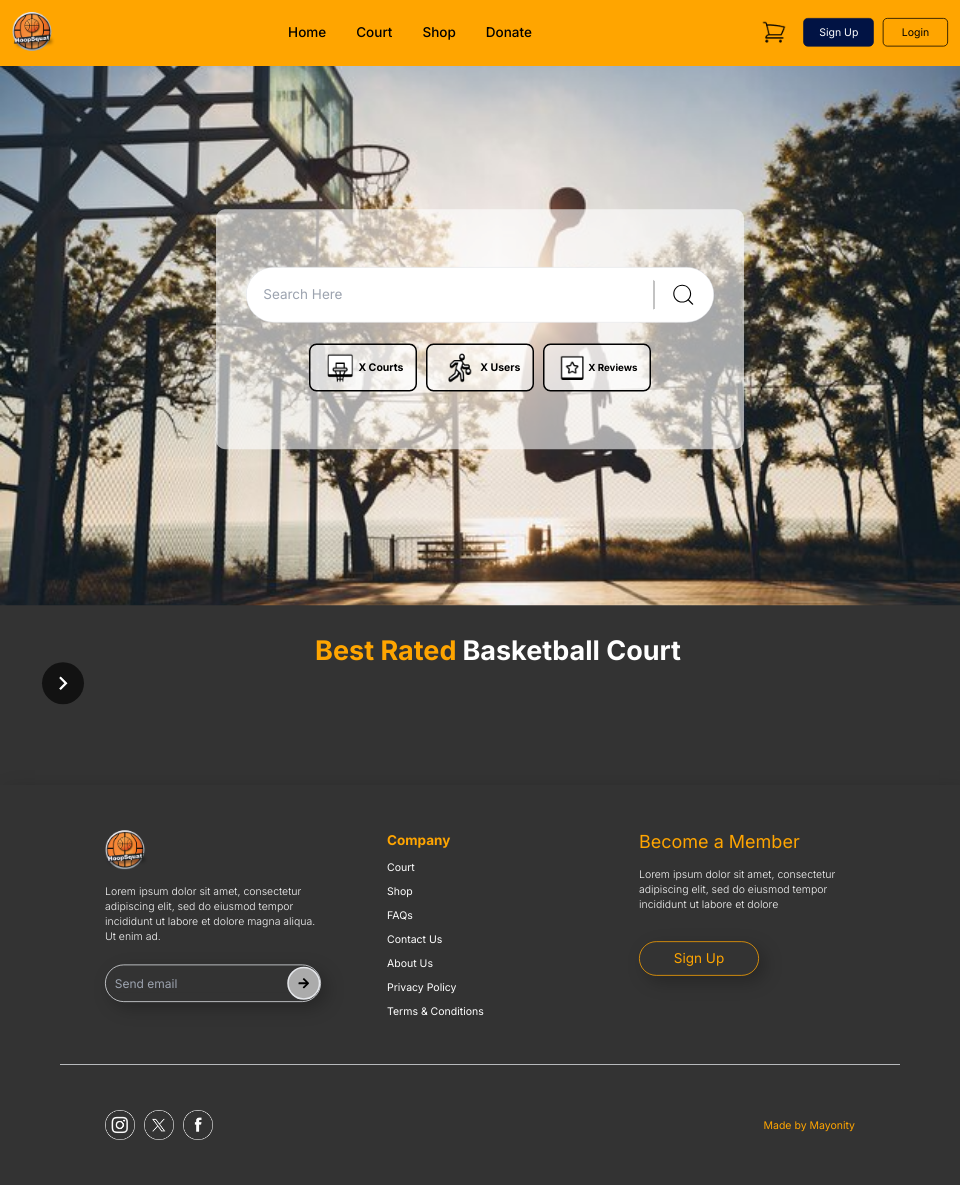
Repository: Abdul-Hannan232/basket-ball-website
Page: /
The author's editor kept a copy of each file at every save. The page is drawn from the files as they stood at one save, then again after the next save.
The browser window is 1280 px wide. The pictures show the whole page, at 75% of full size.
The page's requests for data from a server got no answer. The project was rebuilt for these pictures with package versions that can differ from the ones it lists, and the page was loaded fresh each time. The framework's server and built-in components were replaced by stand-ins that run in the browser. No one was signed in, and anything a server would have sent is missing. Also part of the build but not shown: next.config.mjs, app/utils/rating.js.

Above is the page before, as saved 2024-09-15 21:30:20.

### app/layout.tsx
import type { Metadata } from "next";
import { Inter } from "next/font/google";
import "./globals.css";
import Authprovider from "./component/Authprovider/Authprovider";

const inter = Inter({ subsets: ["latin"] });

export const metadata: Metadata = {
  title: "Basket Ball",
  description: "Generated by create next app",
};

export default function RootLayout({
  children,
}: Readonly<{
  children: React.ReactNode;
}>) {
  return (
    <html lang="en">
      <head>
        <link rel="icon" href="/favicon.png" />
        <title>Basket Ball</title>
      </head>
      <body className={inter.className}>
        <Authprovider>
          {children}
        </Authprovider>
      </body>
    </html>
  );
}

### app/page.tsx
import HomePage from "./component/HomeComponent"
export default function Home() {
  return (
    <>
      <HomePage />
    </>
  );
}

### app/globals.css
@import url('https://fonts.googleapis.com/css2?family=Poppins:wght@100;200;400&display=swap');
@import url('https://fonts.googleapis.com/css2?family=Poppins:ital,wght@0,100;0,200;0,300;0,400;0,500;0,600;0,700;0,800;0,900;1,100;1,200;1,300;1,400;1,500;1,600;1,700;1,800;1,900&display=swap');
@tailwind base;
@tailwind components;
@tailwind utilities;
/* Styling for the pagination container */
.custom-paginator .p-paginator {
  @apply  rounded-lg p-4 mt-2 flex flex-row gap-10 fixed  right-0;
}
.poppins-bold {
  font-family: "Poppins", sans-serif;
  font-weight: 700;
  font-style: normal;
}
.hover-design{
  background: linear-gradient(90deg, #FFA500 0%, rgba(255, 165, 0, 0.09) 85.85%);

}
/* Styling for individual page numbers */
.custom-paginator .p-paginator .p-paginator-page {
  @apply bg-white text-black rounded-md w-10 h-10 inline items-center text-center justify-center mx-1;
}

/* Highlighted page number styling */
.custom-paginator .p-paginator .p-paginator-page.p-highlight {
  @apply bg-[#FFA500] text-white inline text-center flex-row;
}

/* Styling for previous and next buttons */
.custom-paginator .p-paginator .p-paginator-prev,
.custom-paginator .p-paginator .p-paginator-next {
  @apply bg-[#CACACA] p-1 text-black flex flex-row rounded-md;
}

body {
  background-color: rgba(51, 51, 51, 1);
  color: white;
  font-family: 'Poppins', sans-serif;
}

.shadow {
  box-shadow: 8px 8px 24px 0px #00000040;

}
.banner {
  background-image: url('/banner.png');
  background-position: center;
  background-size: cover;
  width: 100%;
  background-repeat: no-repeat;
}
.backColor{
  background: linear-gradient(90.35deg, #FFA500 0.24%, #FF7D05 99.7%);

}
.mobilebanner {
  background-image: url('/mobildbanner.png');
  background-position: center;
  background-size: cover;
  background-repeat: no-repeat;
}
@media only screen and (max-width:320px) {
  .slick-slide {
    margin-left:5px; /* Adjust the value as needed */
  }
}
.slick-slide {
  margin-left:5px; /* Adjust the value as needed */
}
.bounceball {
  position: relative;
  display: inline-block;
  height: 20px;
  width: 15px;
  /* Adjust the width as needed */
}

.bounceball:before {
  position: absolute;
  content: '';
  display: block;
  top: 0;
  width: 25px;
  /* Adjust the width as needed */
  height: 20px;
  border-radius: 50%;
  background-color: #FFA500;
  transform-origin: 50%;
  animation: bounce 500ms alternate infinite ease;
}

@layer
{
  .wrap {
    @apply absolute top-1/2 left-1/2 transform -translate-x-1/2 -translate-y-1/2;
  }
}
@keyframes bounce {
  0% {
    top: 70px;
    height: 5px;
    border-radius: 60px 60px 20px 20px;
    transform: scaleX(2);
  }

  35% {
    height: 15px;
    border-radius: 50%;
    transform: scaleX(1);
  }

  100% {
    top: 0;
  }
}


.animate-bounce {
  animation: bounce 500ms alternate infinite ease;
}

/* Api loading */
.loader {
  width: 48px;
  height: 48px;
  display: inline-block;
  position: relative;
}
.loader::after,
.loader::before {
  content: '';
  box-sizing: border-box;
  width: 48px;
  height: 48px;
  border-radius: 50%;
  border: 2px solid #FFA500;
  position: absolute;
  left: 0;
  top: 0;
  animation: animloader 2s linear infinite;
}
.loader::after {
  animation-delay: 1s;
}

@keyframes animloader {
  0% {
    transform: scale(0);
    opacity: 1;
  }
  100% {
    transform: scale(1);
    opacity: 0;
  }
}

### app/component/Authprovider/Authprovider.js
"use client"
import React from "react";
import { SessionProvider } from "next-auth/react";
const Authprovider = ({children}) => {
    return (
        <SessionProvider>
             {children}
        </SessionProvider>
    )
}
export default Authprovider

### app/component/HomeComponent.js
import React from 'react'
import Navbar from './NavBarComponent'
import Image from 'next/image'
import { CiSearch } from "react-icons/ci"
import Footer from "./FooterComponent"
import BasketBall from "./CourtsSlider"
const HomeComponent = () => {
  return (
    <div>
      <Navbar/>
      <div className=' md:banner mobilebanner   md:h-[100vh] h-[250px]'  >
        <div className='relative  flex flex-col md:justify-center md:mt-0 pt-14 items-center md:h-[90vh] '>
          <div className='bg-white absolute lg:w-[55%] w-[90%] mx-auto md:h-80 h-36 flex flex-col justify-center it-center  bg-opacity-60 rounded-xl  right-0 left-0'>
            <div className='relative lg:mx-10 mx-5 border bg-white text-black flex items-center   rounded-full'>
              <input type='text' placeholder='Search Here' className='text-black md:text-lg text-xs border-transparent outline-none hover:border-[#FFA500] border-2 md:p-5 p-3 w-full rounded-full ' />
              <CiSearch className="absolute text-black md:w-20 w-8 px-1 my-2 md:h-10 h-6 right-0 text-4xl border-2 border-[#AFAFAF] border-t-transparent border-r-transparent border-b-transparent  md:top- " />
            </div>
            <div className='flex justify-center gap-3 mt-7 '>
              <div className='bg-white text-center text-black bg-opacity-60 border-[#000000] border-2 flex justify-center items-center md:rounded-[10px] rounded-[7px] md:p-4 p-2 md:w-36 w-22  md:h-16 h-10'>

                <Image src="/Basketball Net.png" alt="basket" width={100} height={50} className='md:w-10 mx-auto mt-1 md:h-12 w-6 h-8 ' />
                <p className='md:text-sm text-[8px]  font-bold'>X Courts</p>
              </div>
              <div className='bg-white text-center text-black bg-opacity-60 border-[#000000] border-2 flex justify-center items-center md:rounded-[10px] rounded-[7px] md:p-4 p-2 md:w-36 w-22  md:h-16 h-10'>

                <Image src="/Basketball Player.png" alt="basket" width={100} height={50} className='md:w-10 mx-auto  md:h-10 w-6 h-6 ' />
                <p className='md:text-sm text-[8px]  font-bold'>X Users</p>
              </div>
              <div className='bg-white text-center text-black bg-opacity-60 border-[#000000] border-2 flex justify-center items-center md:rounded-[10px] rounded-[7px] md:p-4 p-2 md:w-36 w-22  md:h-16 h-10'>

                <Image src="/Rating.png" alt="basket" width={100} height={50} className='md:w-10 mx-auto  md:h-10 w-6 h-6 ' />
                <p className='md:text-[13px] text-[8px]  font-bold'>X Reviews</p>
              </div>

            </div>
          </div>
        </div>
      </div>
      <BasketBall slide={"carousel"} />
      <Footer/>
    </div>
  )
}

export default HomeComponent

### app/component/CourtsSlider.js
"use client"
import React, { useRef, useState, useEffect } from 'react';
import Slider from 'react-slick';
import { RiArrowLeftSLine } from 'react-icons/ri';
import { MdOutlineKeyboardArrowRight } from "react-icons/md"
import 'slick-carousel/slick/slick.css';
import 'slick-carousel/slick/slick-theme.css';
import Image from 'next/image';
import Link from 'next/link';
import renderStars from "../utils/rating"
import { allCourts as fetchAllCourts } from "../services/courtsServices"; // Rename the imported function
const settings = {
    infinite: true,
    speed: 500,
    slidesToShow: 3.5,
    slidesToScroll: 1,
    responsive: [
        {
            breakpoint: 1267, // Adjust the breakpoint as needed
            settings: {
                slidesToShow: 2.5,
                slidesToScroll: 2,
            },
        },
        {
            breakpoint: 959, // Adjust the breakpoint as needed
            settings: {
                slidesToShow: 2,
                slidesToScroll: 2,
            },
        },

        {
            breakpoint: 320, // Adjust the breakpoint as needed
            settings: {
                slidesToShow: 1.1,
                slidesToScroll: 1,
            },
        },
    ],
    prevArrow: <></>, // Hides the previous arrow
    nextArrow: <></>,
};
const CourtsSlider = ({ slide }) => {
    const sliderRef = useRef(null);
    const [spinner, setSpinner] = useState(false)

    const goToPrev = () => {
        sliderRef.current.slickPrev();
    };

    const goToNext = () => {
        sliderRef.current.slickNext();
    };

    const [allCourts, setAllCourts] = useState([]); // Initialize with an empty array

    useEffect(() => {
        setSpinner(true)
        const getCourts = async () => {
            try {
                const response = await fetchAllCourts(); // Use the renamed function
                setAllCourts(response.data.courts); // Store the fetched data in state
            } catch (error) {
                console.error("Failed to fetch courts data:", error);
                // You can also add error handling for the UI here
            } finally {
                setSpinner(false)
            }
        };

        getCourts();
    }, []);
    return (
        <div >
            {slide === 'carousel' ? (
                <div className="  2xl:ml-32 md:ml-14 md:pt-10 pt-10 w-[95%] mx-auto z-10 2xl:mb-40 md:mb-20" id="Testimonials" style={{ position: 'relative' }}>
                    <div className='2xl:text-6xl md:text-4xl text-xl font-bold md:mb-20 mb-10 flex justify-center items-center gap-2 '>
                        <h1 className='text-[#FFA500]'>Best Rated </h1>
                        <h1>Basketball Court</h1>
                    </div>
                    <div className="flex justify-center">
                        {spinner ? <span className="loader"></span> : null}
                    </div>



                    <Slider ref={sliderRef} {...settings}>

                        {allCourts.map((item, index) => (
                            <div key={index} className=' w-[80%] bg-black'>
                                <div className='relative shadow cursor-pointer text-black rounded-md 2xl:w-[450px] md:w-[300px] w-[250px] group'>
                                    <div className='absolute inset-0 bg-black opacity-0 z-20 group-hover:opacity-70 transition-opacity'></div>

                                    <div className='bg-[#D9D9D9] relative rounded-md overflow-hidden'>
                                        {/* Image and content */}

                                        <Image src={item.images?.[0]
                                            ? `${process.env.NEXT_PUBLIC_IMAGE_URL}/${item.images[0]}`
                                            : '/basketBALL.png'} alt="image" width={343} height={228} className='rounded-t-xl h-60 2xl:w-[400px]' />

                                        <div className='flex items-center justify-center float-right -mt-5 shadow z-10 absolute right-0 p-3 w-32 gap-2 rounded-l-xl bg-white text-black'>

                                            <Image src={item.type === "indoor" ? "/Roofing.png" : "/Basketball Court.png"}
                                                alt="shelter" width={24} height={24} />
                                            <p>{item.type}</p>
                                        </div>
                                        <div className='m-5'>
                                            {/* <Image src="/star.png" alt="image" width={112} height={20} /> */}
                                            <div className='flex items-center'>
                                                {renderStars(item.ratings)}
                                            </div>
                                            <p className='text-[10px] mt-1 font-bold'>{item.rating.length} reviews</p>
                                            <h1 className='text-xl font-bold mb-5'>{item.name}</h1>
                                            <p className='w-32 text-xs font-medium mt-1'>{item.location}</p>
                                            <button className='bg-[#FFA500] p-2 mb-5 mt-10 text-black font-bold text-sm w-full shadow'>
                                                View Court
                                            </button>
                                        </div>

                                        {/* Overlay with Maintenance Button */}
                                        <div className='flex flex-col items-center h-96 justify-center z-40 absolute inset-0 opacity-0 group-hover:opacity-100 transition-opacity'>
                                            <button className='bg-[#232323] py-2 px-4 rounded-full text-white'>
                                                Maintenance
                                            </button>
                                        </div>
                                    </div>
                                </div>

                            </div>
                        ))}

                    </Slider>
                    <div style={{ position: 'absolute', transform: 'translateY(-50%)', zIndex: '1' }} className='2xl:top-[45%] lg:top-[65%] top-[35%] md:w-[100%] flex justify-between w-[100%] mx-auto'>

                        <div className='slick- slick-arrow'>
                            <div className="bg-[#000000A6] text-white text-7xl md:p-[10px] flex items-center justify-center cursor-pointer md:w-14 md:h-14 w-10 h-10 text-center font-bold  rounded-full" onClick={goToNext}>
                                <MdOutlineKeyboardArrowRight />
                            </div>
                        </div>

                    </div>
                </div>
            ) : (
                <>
                    <div className="flex justify-center mt-[30px]">
                        {spinner ? <span className="loader"></span> : null}
                    </div>
                    <div className='grid xl:grid-cols-4 lg:grid-cols-3 md:grid-cols-2 grid-cols-1 gap-20 w-[80%] md:mt-20 mt-5 md:mx-auto mx-5'>

                        {allCourts.map((item, index) => (
                            <div key={index} className='relative  shadow text-black rounded-md 2xl:w-[300px] xl:w-[250px] md:w-[250px] w-[280px] group'>
                                <div className='bg-[#D9D9D9] relative rounded-md overflow-hidden'>
                                    {/* Overlay */}
                                    <div className='absolute inset-0 bg-black opacity-0  group-hover:opacity-70 transition-opacity'></div>

                                    {/* Maintenance Button (Initially Hidden) */}
                                    <div className='flex flex-col items-center h-80 justify-center z-20 absolute inset-0 opacity-0 group-hover:opacity-100 transition-opacity'>
                                        <button className='bg-[#232323] py-2 px-4 rounded-full text-white'>
                                            Maintenance
                                        </button>
                                    </div>

                                    <Image src={item.images?.[0]
                                        ? `${process.env.NEXT_PUBLIC_IMAGE_URL}/${item.images[0]}`
                                        : '/basketBALL.png'} alt="image" width={343} height={228} className='rounded-t-xl 2xl:w-[450px]' />

                                    <div className='flex items-center justify-center float-right -mt-5 shadow  absolute right-0 p-3 w-32 gap-2 rounded-l-xl bg-white text-black'>

                                        <Image src={item.type === "indoor" ? "/Roofing.png" : "/Basketball Court.png"}
                                            alt="shelter" width={24} height={24} />
                                        <p>{item.type}</p>
                                    </div>

                                    <div className='m-5 relative'>
                                        {/* <Image src="/star.png" alt="image" width={60} height={20} />
                         */}
                                        <div className='flex items-center'>
                                            {renderStars(item.ratings)}
                                        </div>
                                        <p className='text-[10px] mt-1 font-bold'>{item.rating.length} reviews</p>
                                        <h1 className='text-lg font-bold mb-2'>{item.name}</h1>
                                        <p className='w-32 text-xs font-medium '>{item.location}</p>
                                        <button className='bg-[#FFA500] p-2 mb-3 mt-3 rounded-md text-black font-bold text-sm w-full shadow'>
                                            View Court
                                        </button>
                                    </div>
                                </div>
                            </div>


                        ))}
                    </div>
                </>
            )}

        </div >
    );
};

export default CourtsSlider;

### app/customHook/useAuthToken.js
import { useSession } from "next-auth/react";
import Cookies from "js-cookie";
import {jwtDecode} from "jwt-decode";

export const useAuthToken = () => {
  const { data: session } = useSession();

  const token = session?.authToken || Cookies.get("authToken");

  let decodedToken = null;
  if (token) {
    try {
      decodedToken = jwtDecode(token);
    } catch (error) {
      console.error("Invalid token:", error.message);
    }
  }

  return { token, decodedToken };
};

### app/services/courtsServices.js
import axios from "axios";
import Cookies from 'js-cookie';
export const allCourts = async (token) =>{
    try {

        const response = await axios.get(
            `${process.env.NEXT_PUBLIC_API_URL}/court/all`,
            {
                headers: {
                    Authorization: `Bearer ${token}`,
                },
            }
        );

        return response;
    }
    catch (error) {
        console.log("all Courts",error.response)
        return error.response || { message: "An error occurred", error };
    }

}

export const addCourt = async (body,token) => {

    try {
         const response = await axios.post(
            `${process.env.NEXT_PUBLIC_API_URL}/court/add`,
            body,
            {
                headers: {
                    Authorization: `Bearer ${token}`,                },
            }
        );

        return response;
    } catch (error) {
        return error.response;
    }
};

Loaded but not shown: tailwind.config.ts (common file); app/component/NavBarComponent.js (132 lines, source omitted); app/component/FooterComponent.js (94 lines, source omitted)

After the next save:
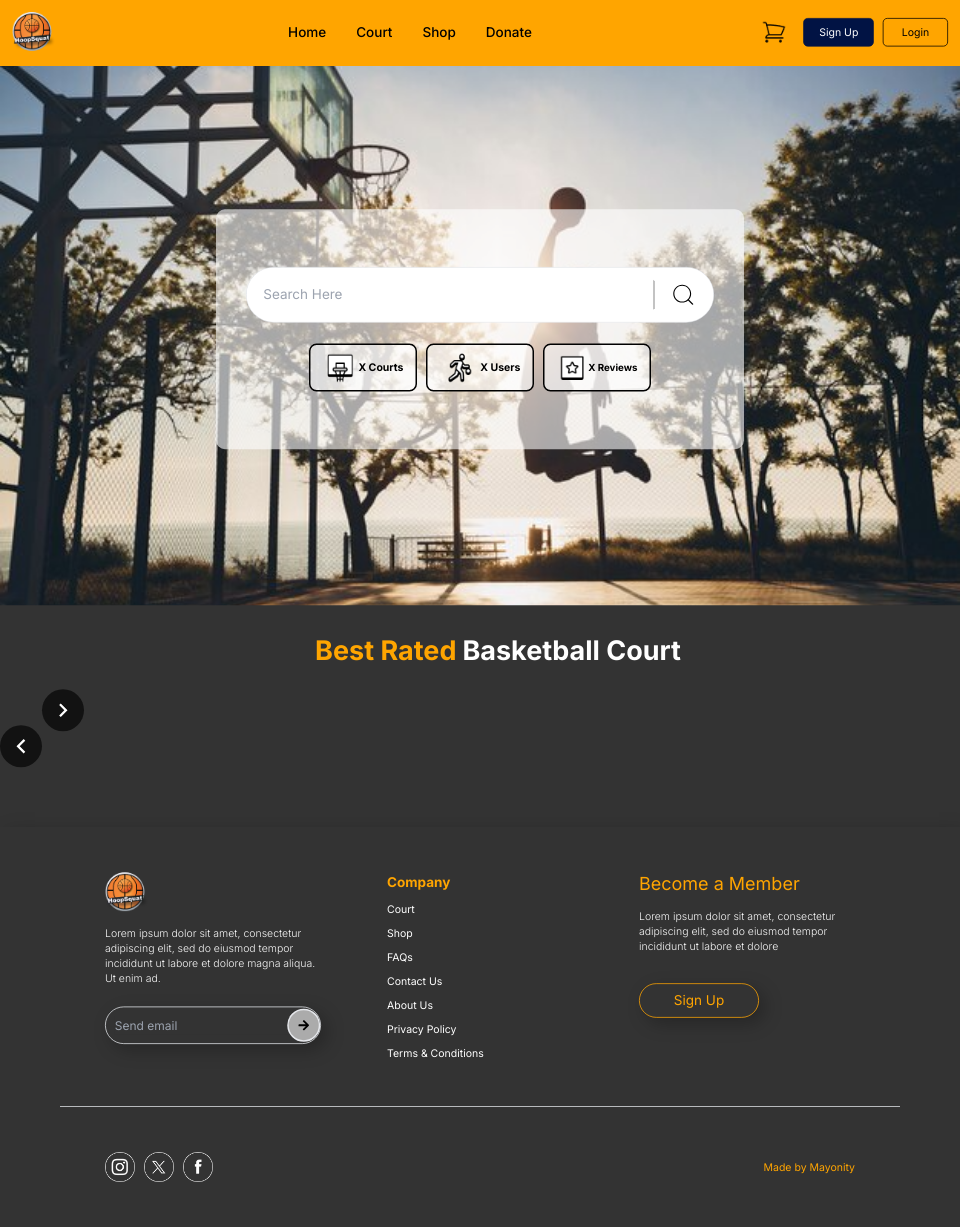
Saved 7 s later.
--- a/app/component/CourtsSlider.js
+++ b/app/component/CourtsSlider.js
@@ -84,7 +84,11 @@ const CourtsSlider = ({ slide }) => {
                     </div>
 
 
-
+                    <div className=' slick- slick-arrow md:-ml-14 '>
+                            <div onClick={goToPrev} className='bg-[#000000A6] text-white text-7xl md:p-[10px] flex items-center justify-center cursor-pointer md:w-14 md:h-14 w-10 h-10 text-center font-bold  rounded-full'>
+                                <RiArrowLeftSLine />
+                            </div>
+                        </div>
                     <Slider ref={sliderRef} {...settings}>
 
                         {allCourts.map((item, index) => (
